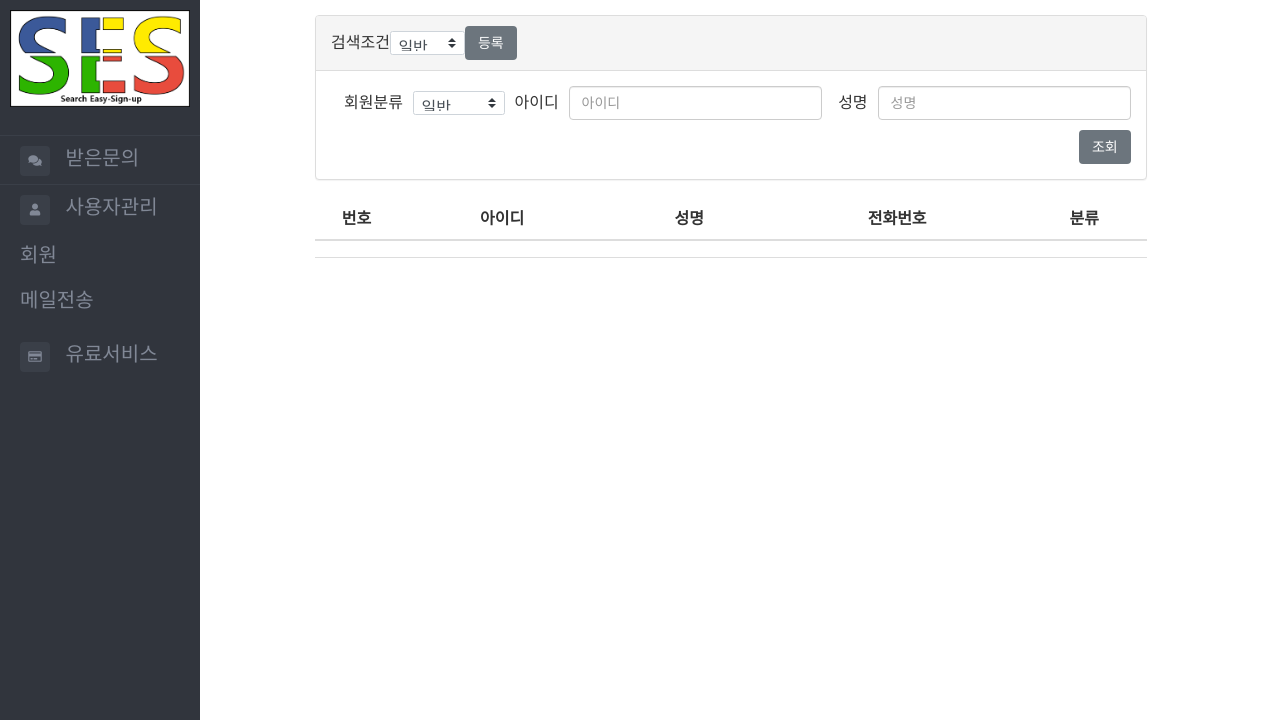
Repository: hyun5292/school
Page: http://localhost/adminSES/WEB-INF/views/member/m_search.jsp
These files come from the project's save history. The page is drawn as it stood at one moment and after the next save; the edit follows.
The browser window is 1280 px wide. The pictures show the whole page.
Some web libraries are served in a nearby version. The page is served by Tomcat 9. Nobody is signed in. Other server files are loaded and not shown. The template is opened directly, without the code that normally fills it, so the values that code supplies are empty.

Above is the page before, as saved 2020-11-09 08:04:44.

### sesAdmin/adminSES/src/main/webapp/WEB-INF/views/member/m_search.jsp
<%@ page language="java" contentType="text/html; charset=UTF-8"
	pageEncoding="UTF-8"%>
<%@ taglib prefix="fmt" uri="http://java.sun.com/jsp/jstl/fmt"%>
<%@ taglib prefix="c" uri="http://java.sun.com/jsp/jstl/core"%>
<%@ taglib prefix="form" uri="http://www.springframework.org/tags/form"%>
<%@ taglib uri="http://java.sun.com/jsp/jstl/functions" prefix="fn"%>
<%@ taglib prefix="spring" uri="http://www.springframework.org/tags"%>
<!DOCTYPE html>
<html>
<head>
<meta charset="utf-8">
<meta http-equiv="X-UA-Compatible" content="IE=edge">
<meta name="viewport" content="width=device-width, initial-scale=1">
<meta name="description"
	content="Responsive sidebar template with sliding effect and dropdown menu based on bootstrap 3">
<title>SES 관리자모드</title>
<link rel="stylesheet"
	href="https://maxcdn.bootstrapcdn.com/bootstrap/4.0.0/css/bootstrap.min.css"
	integrity="sha384-Gn5384xqQ1aoWXA+058RXPxPg6fy4IWvTNh0E263XmFcJlSAwiGgFAW/dAiS6JXm"
	crossorigin="anonymous">
<link href="https://use.fontawesome.com/releases/v5.0.6/css/all.css"
	rel="stylesheet">
<link rel="stylesheet"
	href="https://maxcdn.bootstrapcdn.com/bootstrap/3.3.7/css/bootstrap.min.css">
<script
	src="https://ajax.googleapis.com/ajax/libs/jquery/1.12.4/jquery.min.js"></script>
<script
	src="https://maxcdn.bootstrapcdn.com/bootstrap/3.3.7/js/bootstrap.min.js"></script>
<link href="${pageContext.request.contextPath}/resources/css/main.css"
	rel="stylesheet">
<style>
.log-div {
	height: 100%;
}

.short-div {
	height: 50%;
}

.imgchart {
	height: 30%;
}

table {
	font-size: 1.6rem;
}
</style>
<script src="${pageContext.request.contextPath}/resources/js/main.js"></script>
</head>
<body>
	<div class="page-wrapper chiller-theme toggled">
		<!-- navigation -->
		<nav id="sidebar" class="sidebar-wrapper">
			<div class="sidebar-content">
				<div class="logo-wrapper waves-light" align="center"
					style="padding: 10px 0px 0px 0px">
					<a href="main"> <img width="90%"
						src="${pageContext.request.contextPath}/resources/images/mainmark.png"
						class="img-fluid flex-center"></a>
				</div>
				&nbsp;
				<!-- sidebar-header  -->
				<div class="sidebar-menu">
					<ul>
						<li class="sidebar"><a href="qna"> <i
								class="fas fa-comments"></i> <span>받은문의</span>
						</a></li>
						<li class="sidebar-menu"><a> <i class="fa fa-user"></i> <span>사용자관리</span>
						</a>
							<ul>
								<li><a href="m_search">회원</a></li>
								<li><a href="m_mail">메일전송</a></li>
							</ul></li>
						<li class="sidebar"><a href="pay_service"> <i
								class="far fa-credit-card"></i> <span>유료서비스</span>
						</a></li>
					</ul>
				</div>
			</div>
		</nav>
		<!-- navigation -->

		<!-- contents -->
		<main class="page-content">
		<div class="container-fluid">
			<div class="row-fluid" style="width: 110%">
				<div class="col-md-10">
					<div class="panel panel-default">
						<div class="panel-heading">
							<table>
								<tr>
									<td>검색조건</td>
									<td><select class="custom-select">
											<option>일반</option>
											<option>직원</option>
											<option>SNS사</option>
									</select></td>
									<td><button type="button" class="btn btn-secondary">등록</button></td>
								</tr>
							</table>
						</div>
						<div class="panel-body">
							<table width="100%">
								<tbody>
									<tr>
										<td align="right">회원분류</td>
										<td width="10px"></td>
										<td><select class="custom-select">
												<option>일반</option>
												<option>직원</option>
												<option>SNS사</option>
										</select></td>
										<td align="right">아이디</td>
										<td width="10px"></td>
										<td><input type="text" class="form-control" id="inputID"
											placeholder="아이디" width="80%"></td>
										<td width="10px"></td>
										<td align="right">성명</td>
										<td width="10px"></td>
										<td><input type="text" class="form-control"
											id="inputName" placeholder="성명" width="80%"></td>
									</tr>
									<tr>
										<td colspan="10" height="10px"></td>
									</tr>
									<tr>
										<td colspan="10" align="right">
											<button type="button" class="btn btn-secondary">조회</button>
										</td>
									</tr>
								</tbody>
							</table>
						</div>
					</div>
				</div>
				<div class="col-md-10">
					<table class="table table-list-search" style="text-align: center;">
						<thead style="text-align: center;">
							<tr>
								<th width="10%"><center>번호</center></th>
								<th width="25%"><center>아이디</center></th>
								<th width="20%"><center>성명</center></th>
								<th width="30%"><center>전화번호</center></th>
								<th width="15%"><center>분류</center></th>
							</tr>
						</thead>
						<tbody>
							<c:forEach items="${dtos}" var="dto">
								<tr>
									<td>${dto.getNUM()}</td>
									<td><a href="#">${dto.getM_ID()}</a></td>
									<td>${dto.getM_NAME()}</td>
									<td>0${dto.getM_TEL1()}-${dto.getM_TEL2()}-${dto.getM_TEL3()}</td>
									<td>${dto.getM_KIND()}</td>
								</tr>
							</c:forEach>
						</tbody>
						<tfoot>
							<tr>
								<td colspan="4"></td>
							</tr>
							<tr align="center">
								<td colspan="5"><a href="m_search?pgnum=1"
									style="text-decoration: none">${prev}${prev}</a> <a
									href="m_search?pgnum=${before}" style="text-decoration: none">${prev}</a>
									<c:forEach items="${pg}" var="p">
										<a href="m_search?pgnum=${p}" style="text-decoration: none">${p}</a>
									</c:forEach> <a href="m_search?pgnum=${after}"
									style="text-decoration: none">${next}</a> <a
									href="m_search?pgnum=${last}" style="text-decoration: none">${next}${next}</a></td>
							</tr>
						</tfoot>
					</table>
				</div>
			</div>
		</div>
		</main>
		<!-- contents -->
	</div>
</body>
</html>

### sesAdmin/adminSES/src/main/webapp/resources/css/main.css
@charset "EUC-KR";

@keyframes swing {
  0% {
    transform: rotate(0deg);
  }
  10% {
    transform: rotate(10deg);
  }
  30% {
    transform: rotate(0deg);
  }
  40% {
    transform: rotate(-10deg);
  }
  50% {
    transform: rotate(0deg);
  }
  60% {
    transform: rotate(5deg);
  }
  70% {
    transform: rotate(0deg);
  }
  80% {
    transform: rotate(-5deg);
  }
  100% {
    transform: rotate(0deg);
  }
}

@keyframes sonar {
  0% {
    transform: scale(0.9);
    opacity: 1;
  }
  100% {
    transform: scale(2);
    opacity: 0;
  }
}
body {
  font-size: 2.0rem;
}
.page-wrapper .sidebar-wrapper,
.sidebar-wrapper .sidebar-brand > a,
.sidebar-wrapper .sidebar-dropdown > a:after,
.sidebar-wrapper .sidebar-menu .sidebar-dropdown .sidebar-submenu li a:before,
.sidebar-wrapper ul li a i,
.page-wrapper .page-content,
.sidebar-wrapper .sidebar-search input.search-menu,
.sidebar-wrapper .sidebar-search .input-group-text,
.sidebar-wrapper .sidebar-menu ul li a,
#show-sidebar,
#close-sidebar {
  -webkit-transition: all 0.3s ease;
  -moz-transition: all 0.3s ease;
  -ms-transition: all 0.3s ease;
  -o-transition: all 0.3s ease;
  transition: all 0.3s ease;
}

/*----------------page-wrapper----------------*/

.page-wrapper {
  height: 100vh;
}

.page-wrapper .theme {
  width: 40px;
  height: 40px;
  display: inline-block;
  border-radius: 4px;
  margin: 2px;
}

.page-wrapper .theme.chiller-theme {
  background: #1e2229;
}

/*----------------toggeled sidebar----------------*/

.page-wrapper.toggled .sidebar-wrapper {
  left: 0px;
}

@media screen and (min-width: 768px) {
  .page-wrapper.toggled .page-content {
    padding-left: 300px;
  }
}
/*----------------show sidebar button----------------*/
#show-sidebar {
  position: fixed;
  left: 0;
  top: 10px;
  border-radius: 0 4px 4px 0px;
  width: 30px;
  transition-delay: 0.3s;
}
.page-wrapper.toggled #show-sidebar {
  left: -40px;
}
/*----------------sidebar-wrapper----------------*/

.sidebar-wrapper {
  width: 200px;
  height: 100%;
  max-height: 100%;
  position: fixed;
  top: 0;
  left: -300px;
  z-index: 999;
}

.sidebar-wrapper ul {
  list-style-type: none;
  padding: 0;
  margin: 0;
}

.sidebar-wrapper a {
  text-decoration: none;
}

/*----------------sidebar-content----------------*/

.sidebar-content {
  max-height: calc(100% - 30px);
  height: calc(100% - 30px);
  overflow-y: auto;
  position: relative;
}

.sidebar-content.desktop {
  overflow-y: hidden;
}

/*--------------------sidebar-brand----------------------*/

.sidebar-wrapper .sidebar-brand {
  padding: 10px 20px;
  display: flex;
  align-items: center;
}

.sidebar-wrapper .sidebar-brand > a {
  text-transform: uppercase;
  font-weight: bold;
  flex-grow: 1;
}

.sidebar-wrapper .sidebar-brand #close-sidebar {
  cursor: pointer;
  font-size: 20px;
}
/*--------------------sidebar-header----------------------*/

.sidebar-wrapper .sidebar-header {
  padding: 20px;
  overflow: hidden;
}

.sidebar-wrapper .sidebar-header .user-pic {
  float: left;
  width: 60px;
  padding: 2px;
  border-radius: 12px;
  margin-right: 15px;
  overflow: hidden;
}

.sidebar-wrapper .sidebar-header .user-pic img {
  object-fit: cover;
  height: 100%;
  width: 100%;
}

.sidebar-wrapper .sidebar-header .user-info {
  float: left;
}

.sidebar-wrapper .sidebar-header .user-info > span {
  display: block;
}

.sidebar-wrapper .sidebar-header .user-info .user-role {
  font-size: 12px;
}

.sidebar-wrapper .sidebar-header .user-info .user-status {
  font-size: 11px;
  margin-top: 4px;
}

.sidebar-wrapper .sidebar-header .user-info .user-status i {
  font-size: 8px;
  margin-right: 4px;
  color: #5cb85c;
}

/*----------------------sidebar-menu-------------------------*/

.sidebar-wrapper .sidebar-menu {
  padding-bottom: 10px;
}

.sidebar-wrapper .sidebar-menu .header-menu span {
  font-weight: bold;
  font-size: 14px;
  padding: 15px 20px 5px 20px;
  display: inline-block;
}

.sidebar-wrapper .sidebar-menu ul li a {
  display: inline-block;
  width: 100%;
  text-decoration: none;
  position: relative;
  padding: 8px 30px 8px 20px;
}

.sidebar-wrapper .sidebar-menu ul li a i {
  margin-right: 10px;
  font-size: 12px;
  width: 30px;
  height: 30px;
  line-height: 30px;
  text-align: center;
  border-radius: 4px;
}

.sidebar-wrapper .sidebar-menu ul li a:hover > i::before {
  display: inline-block;
  animation: swing ease-in-out 0.5s 1 alternate;
}

.sidebar-wrapper .sidebar-menu .sidebar-dropdown > a:after {
  font-family: "Font Awesome 5 Free";
  font-weight: 900;
  content: "\f105";
  font-style: normal;
  display: inline-block;
  font-style: normal;
  font-variant: normal;
  text-rendering: auto;
  -webkit-font-smoothing: antialiased;
  -moz-osx-font-smoothing: grayscale;
  text-align: center;
  background: 0 0;
  position: absolute;
  right: 15px;
  top: 14px;
}

.sidebar-wrapper .sidebar-menu .sidebar-dropdown .sidebar-submenu ul {
  padding: 5px 0;
}

.sidebar-wrapper .sidebar-menu .sidebar-dropdown .sidebar-submenu li {
  padding-left: 25px;
  font-size: 13px;
}

.sidebar-wrapper .sidebar-menu .sidebar-dropdown .sidebar-submenu li a:before {
  content: "\f111";
  font-family: "Font Awesome 5 Free";
  font-weight: 400;
  font-style: normal;
  display: inline-block;
  text-align: center;
  text-decoration: none;
  -webkit-font-smoothing: antialiased;
  -moz-osx-font-smoothing: grayscale;
  margin-right: 10px;
  font-size: 8px;
}

.sidebar-wrapper .sidebar-menu ul li a span.label,
.sidebar-wrapper .sidebar-menu ul li a span.badge {
  float: right;
  margin-top: 8px;
  margin-left: 5px;
}

.sidebar-wrapper .sidebar-menu .sidebar-dropdown .sidebar-submenu li a .badge,
.sidebar-wrapper .sidebar-menu .sidebar-dropdown .sidebar-submenu li a .label {
  float: right;
  margin-top: 0px;
}

.sidebar-wrapper .sidebar-menu .sidebar-submenu {
  display: none;
}

.sidebar-wrapper .sidebar-menu .sidebar-dropdown.active > a:after {
  transform: rotate(90deg);
  right: 17px;
}

/*--------------------------side-footer------------------------------*/

.sidebar-footer {
  position: absolute;
  width: 100%;
  bottom: 0;
  display: flex;
}

.sidebar-footer > a {
  flex-grow: 1;
  text-align: center;
  height: 30px;
  line-height: 30px;
  position: relative;
}

.sidebar-footer > a .notification {
  position: absolute;
  top: 0;
}

.badge-sonar {
  display: inline-block;
  background: #980303;
  border-radius: 50%;
  height: 8px;
  width: 8px;
  position: absolute;
  top: 0;
}

.badge-sonar:after {
  content: "";
  position: absolute;
  top: 0;
  left: 0;
  border: 2px solid #980303;
  opacity: 0;
  border-radius: 50%;
  width: 100%;
  height: 100%;
  animation: sonar 1.5s infinite;
}

/*--------------------------page-content-----------------------------*/

.page-wrapper .page-content {
  display: inline-block;
  width: 100%;
  padding-left: 0px;
  padding-top: 15px;
}

.page-wrapper .page-content > div {
  padding: 0px 40px 0px 0px;
}

.page-wrapper .page-content {
  overflow-x: hidden;
}

/*------scroll bar---------------------*/

::-webkit-scrollbar {
  width: 5px;
  height: 7px;
}
::-webkit-scrollbar-button {
  width: 0px;
  height: 0px;
}
::-webkit-scrollbar-thumb {
  background: #525965;
  border: 0px none #ffffff;
  border-radius: 0px;
}
::-webkit-scrollbar-thumb:hover {
  background: #525965;
}
::-webkit-scrollbar-thumb:active {
  background: #525965;
}
::-webkit-scrollbar-track {
  background: transparent;
  border: 0px none #ffffff;
  border-radius: 50px;
}
::-webkit-scrollbar-track:hover {
  background: transparent;
}
::-webkit-scrollbar-track:active {
  background: transparent;
}
::-webkit-scrollbar-corner {
  background: transparent;
}


/*-----------------------------chiller-theme-------------------------------------------------*/

.chiller-theme .sidebar-wrapper {
    background: #31353D;
}

.chiller-theme .sidebar-wrapper .sidebar-header,
.chiller-theme .sidebar-wrapper .sidebar-search,
.chiller-theme .sidebar-wrapper .sidebar-menu {
    border-top: 1px solid #3a3f48;
}

.chiller-theme .sidebar-wrapper .sidebar-search input.search-menu,
.chiller-theme .sidebar-wrapper .sidebar-search .input-group-text {
    border-color: transparent;
    box-shadow: none;
}

.chiller-theme .sidebar-wrapper .sidebar-header .user-info .user-role,
.chiller-theme .sidebar-wrapper .sidebar-header .user-info .user-status,
.chiller-theme .sidebar-wrapper .sidebar-search input.search-menu,
.chiller-theme .sidebar-wrapper .sidebar-search .input-group-text,
.chiller-theme .sidebar-wrapper .sidebar-brand>a,
.chiller-theme .sidebar-wrapper .sidebar-menu ul li a,
.chiller-theme .sidebar-footer>a {
    color: #818896;
}

.chiller-theme .sidebar-wrapper .sidebar-menu ul li:hover>a,
.chiller-theme .sidebar-wrapper .sidebar-menu .sidebar-dropdown.active>a,
.chiller-theme .sidebar-wrapper .sidebar-header .user-info,
.chiller-theme .sidebar-wrapper .sidebar-brand>a:hover,
.chiller-theme .sidebar-footer>a:hover i {
    color: #b8bfce;
}

.page-wrapper.chiller-theme.toggled #close-sidebar {
    color: #bdbdbd;
}

.page-wrapper.chiller-theme.toggled #close-sidebar:hover {
    color: #ffffff;
}

.chiller-theme .sidebar-wrapper ul li:hover a i,
.chiller-theme .sidebar-wrapper .sidebar-dropdown .sidebar-submenu li a:hover:before,
.chiller-theme .sidebar-wrapper .sidebar-search input.search-menu:focus+span,
.chiller-theme .sidebar-wrapper .sidebar-menu .sidebar-dropdown.active a i {
    color: #16c7ff;
    text-shadow:0px 0px 10px rgba(22, 199, 255, 0.5);
}

.chiller-theme .sidebar-wrapper .sidebar-menu ul li a i,
.chiller-theme .sidebar-wrapper .sidebar-menu .sidebar-dropdown div,
.chiller-theme .sidebar-wrapper .sidebar-search input.search-menu,
.chiller-theme .sidebar-wrapper .sidebar-search .input-group-text {
    background: #3a3f48;
}

.chiller-theme .sidebar-wrapper .sidebar-menu .header-menu span {
    color: #6c7b88;
}

Loaded but not shown: sesAdmin/adminSES/src/main/webapp/resources/js/main.js (common file)

After the next save:
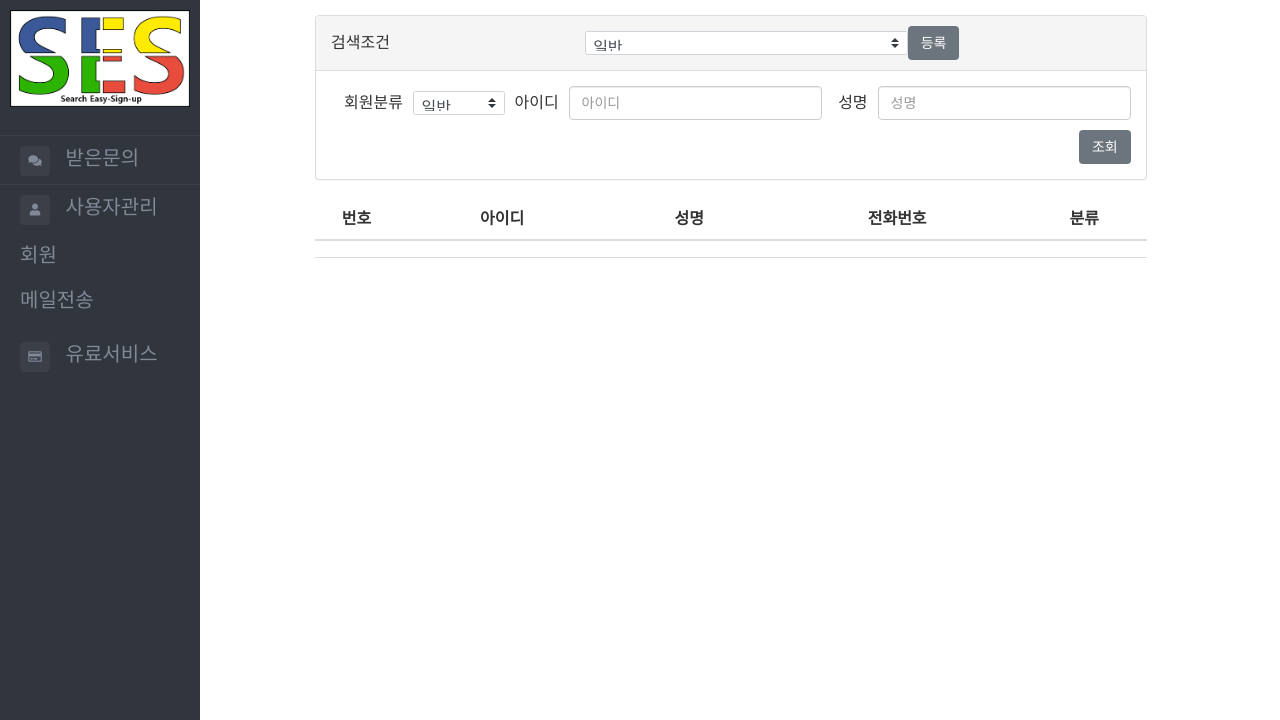
Saved 53 s later.
--- a/sesAdmin/adminSES/src/main/webapp/WEB-INF/views/member/m_search.jsp
+++ b/sesAdmin/adminSES/src/main/webapp/WEB-INF/views/member/m_search.jsp
@@ -87,7 +87,7 @@ table {
 				<div class="col-md-10">
 					<div class="panel panel-default">
 						<div class="panel-heading">
-							<table>
+							<table width="100%">
 								<tr>
 									<td>검색조건</td>
 									<td><select class="custom-select">
